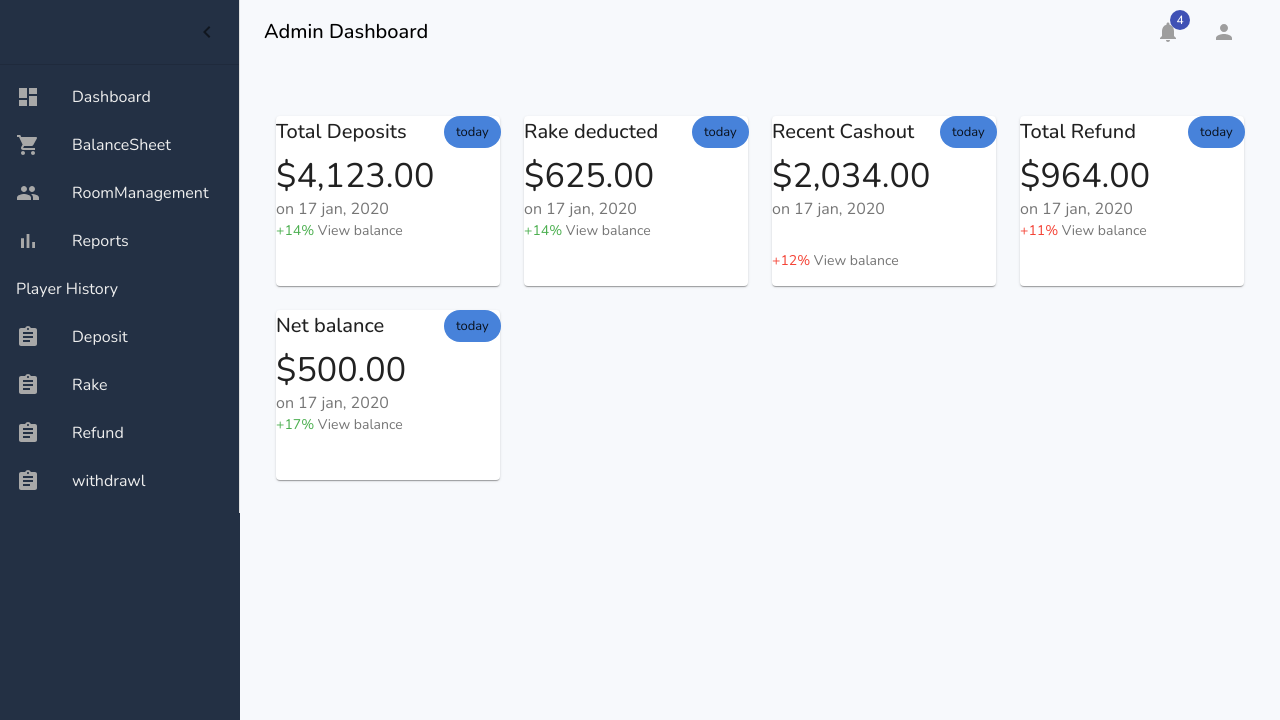
Repository: imayankbisht/ludofrontend
Page: /BalanceSheet
These files come from the project's save history. The page is drawn as it stood at one moment and after the next save; the edit follows.
The browser window is 1280 px wide. The pictures show the whole page.
The project was rebuilt for these pictures with package versions that can differ from the ones it lists, and the page was loaded fresh each time. Also part of the build but not shown: src/Components/UserControl.js, src/services/apiCall.js, src/Components/UserTable.js, src/Components/UserManagement.js, src/axios.js, src/Components/login.js, src/Components/UserForm.js, src/Components/EditForm.js.

Above is the page before, as saved 2021-01-20 14:21:48.

### src/App.js
import React from 'react';
import './App.css';
import {
  BrowserRouter as Router,
  Switch,
  Route,
 Redirect
} from "react-router-dom";
// import SignInOutContainer from './containers';
import Dashboard from './Components/Dashboard';
import Login from './Components/login';
// import RoomManagement from './Container/RoomManagement';
import UserManagement from './Components/UserManagement';
import UserForm from './Components/UserForm';
import EditForm from './Components/EditForm';
import BalanceSheet from './Components/balanceSheet';
import Routes from './routes';
import Main from './Container/Main';
 function App(props) {
  return (
    <div className="App">
  <Router >

   <Main/>
  </Router>


      </div>
  );
}


export default App;

### src/App.css
.App {
  /* text-align: center; */

}

.App-logo {
  height: 40vmin;
  pointer-events: none;
}

@media (prefers-reduced-motion: no-preference) {
  .App-logo {
    animation: App-logo-spin infinite 20s linear;
  }
}

.App-header {
  background-color: #282c34;
  min-height: 100vh;
  display: flex;
  flex-direction: column;
  align-items: center;
  justify-content: center;
  font-size: calc(10px + 2vmin);
  color: white;
}

.App-link {
  color: #61dafb;
}

@keyframes App-logo-spin {
  from {
    transform: rotate(0deg);
  }
  to {
    transform: rotate(360deg);
  }
}

### src/Components/balanceSheet.js
import React from 'react';
import Deposits from './Cards/Deposits';
import  Cashout from './Cards/Cashout';
import Netbalance from './Cards/Netbalance';
import Rake from './Cards/Rake';
import Refund from './Cards/Refund';
import { makeStyles } from '@material-ui/core/styles';
import Grid from '@material-ui/core/Grid';
import Paper from '@material-ui/core/Paper';
import Container from '@material-ui/core/Container';
import clsx from 'clsx';

const useStyles = makeStyles((theme) => ({
    container: {
        paddingTop: theme.spacing(4),
        paddingBottom: theme.spacing(4),
      },
      fixedHeight: {
        height: 170,
      },
    }));
export default function BalanceSheet(props){
    const classes = useStyles();
    const fixedHeightPaper = clsx(classes.paper, classes.fixedHeight);

    return(
        <div>
            <Container maxWidth="lg" className={classes.container}>
          <Grid container spacing={3}>

            <Grid item xs={12} md={4} lg={3}>
              <Paper className={fixedHeightPaper}>
                <Deposits />
              </Paper>
            </Grid>

            <Grid item xs={12} md={4} lg={3}>
              <Paper className={fixedHeightPaper}>
                <Rake />
              </Paper>
            </Grid>
            <Grid item xs={12} md={4} lg={3}>
              <Paper className={fixedHeightPaper}>
                <Cashout />
              </Paper>
            </Grid>

            <Grid item xs={12} md={4} lg={3}>
              <Paper className={fixedHeightPaper}>
                <Refund />
              </Paper>
            </Grid>
            <Grid item xs={12} md={4} lg={3}>
              <Paper className={fixedHeightPaper}>
                <Netbalance />
              </Paper>
            </Grid>


          </Grid>

        </Container>
        </div>
    )
}

### src/routes.js
import React from 'react';
import {
  BrowserRouter as Router,
  Switch,
  Route,
  Redirect
} from "react-router-dom";
// import SignInOutContainer from './containers';
import Dashboard from './Components/Dashboard';
import Login from './Components/login';
// import RoomManagement from './Container/RoomManagement';
import UserManagement from './Components/UserManagement';
import UserForm from './Components/UserForm';
import EditForm from './Components/EditForm';
import BalanceSheet from './Components/balanceSheet';
import Main from './Container/Main';
function Routes() {
  return (

    <Router >


      <Route>

        <Route path="/BalanceSheet" render={props => <BalanceSheet {...props} />} />

        <Route path="/roomManagement" render={props => <UserManagement {...props} />} />
        <Route path="/create" render={props => (
          <UserForm heading="Create Room" {...props} />
        )} />
        <Route exact path="/api/edit/:id" render={props => {
          return (
            <EditForm {...props} />
          )
        }} />


      </Route>


    </Router>

  );
}


export default Routes;

### src/Container/Main.js
import UserManagement from '../Components/UserManagement';
import {Switch ,Route,Redirect} from 'react-router-dom';
import UserForm from '../Components/UserForm';
import EditForm from '../Components/EditForm';
import React from 'react';
import Dashboard from '../Components/Dashboard';
import Sidebar from '../Components/Sidebar';
import Login from '../Components/login';
import Routes from '../routes';
export default function Main(props){
    return(
        <div>
            {/* <Switch>
                <Route exact path="/userman" render={props =><UserManagement {...props} />} />
                <Route exact path="/create" render={props =>(
                    <UserForm heading="Create Room" />
                )}/>
                <Route exact path="/api/edit/:id" render={props =>{
                    return(
                        <EditForm {...props}/>
                    )
                }}/>
            </Switch> */}
           {/* <Switch>

            <Route path="/login" component={Login} />
         <Route path="/Dashboard" component={Dashboard} />

            <Redirect from="/" to="/login" />
           </Switch> */}

          <Dashboard/>

        </div>
    )
}

### src/Components/Cards/Deposits.js
import React from 'react';
import Link from '@material-ui/core/Link';
import { makeStyles } from '@material-ui/core/styles';
import Typography from '@material-ui/core/Typography';
import Title from '../Title';
import { Grid } from '@material-ui/core';
import Chip from '@material-ui/core/Chip';

function preventDefault(event) {
  event.preventDefault();
}

const useStyles = makeStyles({
  depositContext: {
    flex: 1,
  },
});

export default function Deposits() {
  const classes = useStyles();
  return (
    <React.Fragment>
      <Grid container>
            <Grid item xs={12} md={4} lg={9}>
            <Title >Total Deposits  </Title>

            </Grid>
            <Grid item xs={12} md={4} lg={3}>
            <Chip label="today" style={{backgroundColor:'#4782da'}}/>
            </Grid>
        </Grid>
      <Typography component="p" variant="h4">
        $4,123.00
      </Typography>
      <Typography color="textSecondary" className={classes.depositContext}>
      on 17 jan, 2020
      </Typography>
      <div>
        <Link color="textSecondary" href="#" onClick={preventDefault}>
        <span style={{color:"#4caf50"}}> +14%</span>  View balance
        </Link>
      </div>
    </React.Fragment>
  );
}

### src/Components/Cards/Cashout.js
import React from 'react';
import Link from '@material-ui/core/Link';
import { makeStyles } from '@material-ui/core/styles';
import Typography from '@material-ui/core/Typography';
import Title from '../Title';
import Chip from '@material-ui/core/Chip';
import { Grid } from '@material-ui/core';

function preventDefault(event) {
  event.preventDefault();
}

const useStyles = makeStyles({
  depositContext: {
    flex: 1,
  },
});

export default function Cashout() {
  const classes = useStyles();
  return (
    <React.Fragment>
        <Grid container>
            <Grid item xs={12} md={4} lg={9}>
            <Title >Recent Cashout  <span></span></Title>

            </Grid>
            <Grid item xs={12} md={4} lg={3}>
            <Chip label="today" style={{backgroundColor:'#4782da'}} />
            </Grid>
        </Grid>


      <Typography component="p" variant="h4">
        $2,034.00
      </Typography>
      <Typography color="textSecondary" className={classes.depositContext}>
      on 17 jan, 2020
      </Typography>
      <div style={{marginTop:'30px'}}>
        <Link color="textSecondary" href="#" onClick={preventDefault}>
        <span style={{color:"#f44336"}}> +12%</span>  View balance
        </Link>
      </div>
    </React.Fragment>
  );
}

### src/Components/Cards/Netbalance.js
import React from 'react';
import Link from '@material-ui/core/Link';
import { makeStyles } from '@material-ui/core/styles';
import Typography from '@material-ui/core/Typography';
import Title from '../Title';
import { Grid } from '@material-ui/core';
import Chip from '@material-ui/core/Chip';

function preventDefault(event) {
  event.preventDefault();
}

const useStyles = makeStyles({
  depositContext: {
    flex: 1,
  },
});

export default function Netbalance() {
  const classes = useStyles();
  return (
    <React.Fragment>
      <Grid container>
            <Grid item xs={12} md={4} lg={9}>
            <Title >Net balance  <span></span></Title>

            </Grid>
            <Grid item xs={12} md={4} lg={3}>
            <Chip label="today" style={{backgroundColor:'#4782da'}} />
            </Grid>
        </Grid>
      <Typography component="p" variant="h4">
        $500.00
      </Typography>
      <Typography color="textSecondary" className={classes.depositContext}>
      on 17 jan, 2020
      </Typography>
      <div>
        <Link color="textSecondary" href="#" onClick={preventDefault}>
        <span style={{color:"#4caf50"}}> +17%</span>  View balance
        </Link>
      </div>
    </React.Fragment>
  );
}

### src/Components/Cards/Rake.js
import React from 'react';
import Link from '@material-ui/core/Link';
import { makeStyles } from '@material-ui/core/styles';
import Typography from '@material-ui/core/Typography';
import Title from '../Title';
import { Grid } from '@material-ui/core';
import Chip from '@material-ui/core/Chip';

function preventDefault(event) {
  event.preventDefault();
}

const useStyles = makeStyles({
  depositContext: {
    flex: 1,
  },
});

export default function Rake() {
  const classes = useStyles();
  return (
    <React.Fragment>
     <Grid container>
            <Grid item xs={12} md={4} lg={9}>
            <Title >Rake deducted <span></span></Title>

            </Grid>
            <Grid item xs={12} md={4} lg={3}>
            <Chip label="today" style={{backgroundColor:'#4782da'}}/>
            </Grid>
        </Grid>
      <Typography component="p" variant="h4">
        $625.00
      </Typography>
      <Typography color="textSecondary" className={classes.depositContext}>
      on 17 jan, 2020
      </Typography>
      <div>
        <Link color="textSecondary" href="#" onClick={preventDefault}>
        <span style={{color:"#4caf50"}}> +14%</span>  View balance
        </Link>
      </div>
    </React.Fragment>
  );
}

### src/Components/Cards/Refund.js
import React from 'react';
import Link from '@material-ui/core/Link';
import { makeStyles } from '@material-ui/core/styles';
import Typography from '@material-ui/core/Typography';
import Title from '../Title';
import { Grid } from '@material-ui/core';
import Chip from '@material-ui/core/Chip';

function preventDefault(event) {
  event.preventDefault();
}

const useStyles = makeStyles({
  depositContext: {
    flex: 1,
  },
});

export default function Refund() {
  const classes = useStyles();
  return (
    <React.Fragment>

     <Grid container>
            <Grid item xs={12} md={4} lg={9}>
            <Title >Total Refund  <span></span></Title>

            </Grid>
            <Grid item xs={12} md={4} lg={3}>
            <Chip label="today"  style={{backgroundColor:'#4782da'}} />
            </Grid>
        </Grid>
      <Typography component="p" variant="h4">
        $964.00
      </Typography>
      <Typography color="textSecondary" className={classes.depositContext}>
        on 17 jan, 2020
      </Typography>
      <div>
        <Link color="textSecondary" href="#" onClick={preventDefault}>
        <span style={{color:"#f44336"}}> +11%</span>  View balance
        </Link>
      </div>

    </React.Fragment>
  );
}

### src/Components/Sidebar.js
import React,{useState} from 'react';
import ListItem from '@material-ui/core/ListItem';
import {SidebarItems} from './SidebarItems';
import {Link} from 'react-router-dom';
import { ListItemText } from '@material-ui/core';
import ListItemIcon from '@material-ui/core/ListItemIcon';

export default function Sidebar(defaultActive) {
    const [activeIndex, setActiveIndex] = useState(defaultActive || 1);
    return (
        <>

                {

                    SidebarItems.map((item,index)=> {
                        const {name,icon,route}=item;

                        return (
                            <Link style={{ textDecoration: 'none'}} to={route}>
                            <ListItem style={{ color: '#eeeeee'}} key={name} active={index === activeIndex} >
                                {icon && <ListItemIcon style={{ color: '#a8a8a8'}}>{icon}</ListItemIcon>}
                               <ListItemText primary={name} />
                            </ListItem>
                            </Link>
                        );
                    })
                }

        </>
    );
}

### src/Components/Title.js
import React from 'react';
import PropTypes from 'prop-types';
import Typography from '@material-ui/core/Typography';
import "typeface-nunito";
import { ThemeProvider, createMuiTheme } from '@material-ui/core/styles';
const theme = createMuiTheme({
  typography: {
    fontFamily: [
      'nunito',
      'serif',
    ].join(','),
},});
export default function Title(props) {
  return (
   <ThemeProvider theme={theme}>
      <Typography component="h2" variant="h6" color="textsecondary" gutterBottom>
      {props.children}
    </Typography>
   </ThemeProvider>
  );
}

Title.propTypes = {
  children: PropTypes.node,
};

### src/Components/SidebarItems.js
import React from 'react';
import ListItem from '@material-ui/core/ListItem';
import ListItemIcon from '@material-ui/core/ListItemIcon';
import ListItemText from '@material-ui/core/ListItemText';
import ListSubheader from '@material-ui/core/ListSubheader';
import DashboardIcon from '@material-ui/icons/Dashboard';
import ShoppingCartIcon from '@material-ui/icons/ShoppingCart';
import PeopleIcon from '@material-ui/icons/People';
import BarChartIcon from '@material-ui/icons/BarChart';
import LayersIcon from '@material-ui/icons/Layers';
import AssignmentIcon from '@material-ui/icons/Assignment';
import Box from '@material-ui/core/Box';
import Divider from '@material-ui/core/Divider';
import "typeface-nunito";
import { ThemeProvider, createMuiTheme } from '@material-ui/core/styles';
import { Button } from '@material-ui/core';
import { Link } from 'react-router-dom';
const theme = createMuiTheme({

  typography: {
    fontFamily: [
      'Nunito',
      'serif',
    ].join(','),
  },
});
export const SidebarItems = [

  // <ThemeProvider theme={theme}>
  // <div>

  //  <ListItem button>
  //     <ListItemIcon>
  //       <DashboardIcon  style={{ color: '#a8a8a8'}}/>
  //     </ListItemIcon>
  //     <ListItemText style={{ color: '#eeeeee'}}  primary="Dashboard" />
  //   </ListItem>
  //   <ListItem button>
  //     <ListItemIcon>
  //       <ShoppingCartIcon style={{ color: '#a8a8a8'}}/>
  //     </ListItemIcon>
  //     <ListItemText style={{ color: '#eeeeee'}} primary="BalanceSheet" />
  //   </ListItem>
  //   <ListItem button>
  //     <ListItemIcon>
  //       <PeopleIcon style={{ color: '#a8a8a8'}} />
  //     </ListItemIcon>
  //     <Link style={{ textDecoration:'none'}}to="/UserManagement">

  //     <ListItemText style={{ color: '#eeeeee'}} primary="RoomManagement" />
  //     </Link>
  //   </ListItem>
  //   <ListItem button>
  //     <ListItemIcon>
  //       <BarChartIcon style={{ color: '#a8a8a8'}} />
  //     </ListItemIcon>
  //     <ListItemText style={{ color: '#eeeeee'}} primary="Reports" />
  //   </ListItem>
  //   <Divider />
  //   <ListSubheader style={{ color: '#eeeeee'}} inset>Player history</ListSubheader>
  //   <ListItem button>
  //     <ListItemIcon>
  //       <AssignmentIcon style={{ color: '#a8a8a8'}} />
  //     </ListItemIcon>
  //     <ListItemText style={{ color: '#eeeeee'}} primary="Deposit" />
  //   </ListItem>
  //   <ListItem button>
  //     <ListItemIcon>
  //       <AssignmentIcon style={{ color: '#a8a8a8'}} />
  //     </ListItemIcon>
  //     <ListItemText style={{ color: '#eeeeee'}} primary="Rake" />
  //   </ListItem>
  //   <ListItem button>
  //     <ListItemIcon>
  //       <AssignmentIcon style={{ color: '#a8a8a8'}} />
  //     </ListItemIcon>
  //     <ListItemText style={{ color: '#eeeeee'}} primary="Refund" />
  //   </ListItem>
  //   <ListItem button>
  //     <ListItemIcon>
  //       <AssignmentIcon style={{ color: '#a8a8a8'}} />
  //     </ListItemIcon>
  //     <ListItemText style={{ color: '#eeeeee'}} primary="Withdrawl" />
  //   </ListItem>


  // </div>
  // </ThemeProvider>
  {
    route:'/Dashboard',
    name: "Dashboard",
    icon:<DashboardIcon/>
  },
  {
    route:'/BalanceSheet',
    name: "BalanceSheet",
    icon:<ShoppingCartIcon/>
  },
  {
    route:'/roomManagement',
    name: "RoomManagement",
    icon:<PeopleIcon/>
  },
  {

    name: "Reports",
    icon:<BarChartIcon/>
  },
  {
    name: "Player History"
  },
  {
    name: "Deposit",
    icon:<AssignmentIcon/>
  },
  {
    name: "Rake",
    icon:<AssignmentIcon/>
  },
  {
    name: "Refund",
    icon:<AssignmentIcon/>
  },
  {
    name: "withdrawl",
    icon:<AssignmentIcon/>
  },

];

Loaded but not shown: public/index.html (common file); src/index.js (common file); src/index.css (common file); src/serviceWorker.js (common file); src/Components/Dashboard.js (286 lines, source omitted)

After the next save:
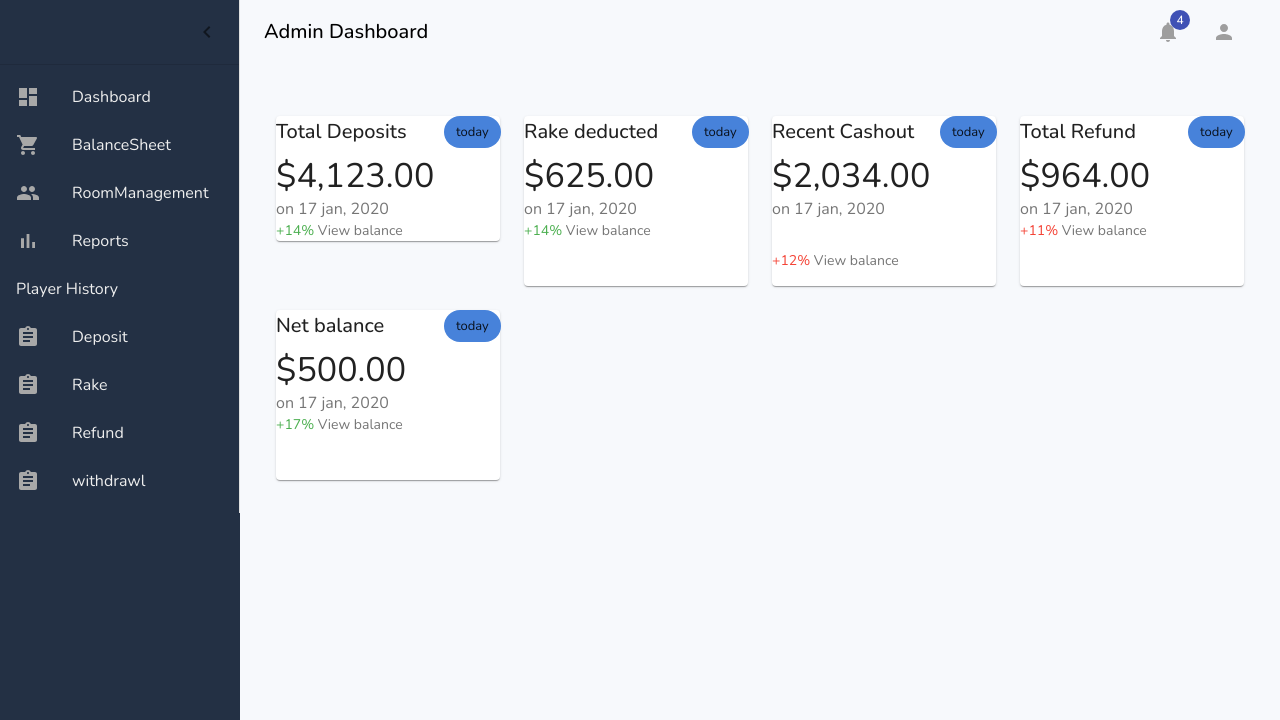
Saved 24 s later.
--- a/src/Components/balanceSheet.js
+++ b/src/Components/balanceSheet.js
@@ -29,7 +29,7 @@
           <Grid container spacing={3}>
 
             <Grid item xs={12} md={4} lg={3}>
-              <Paper className={fixedHeightPaper}>
+              <Paper >
                 <Deposits />
               </Paper>
             </Grid>

After the save that followed:
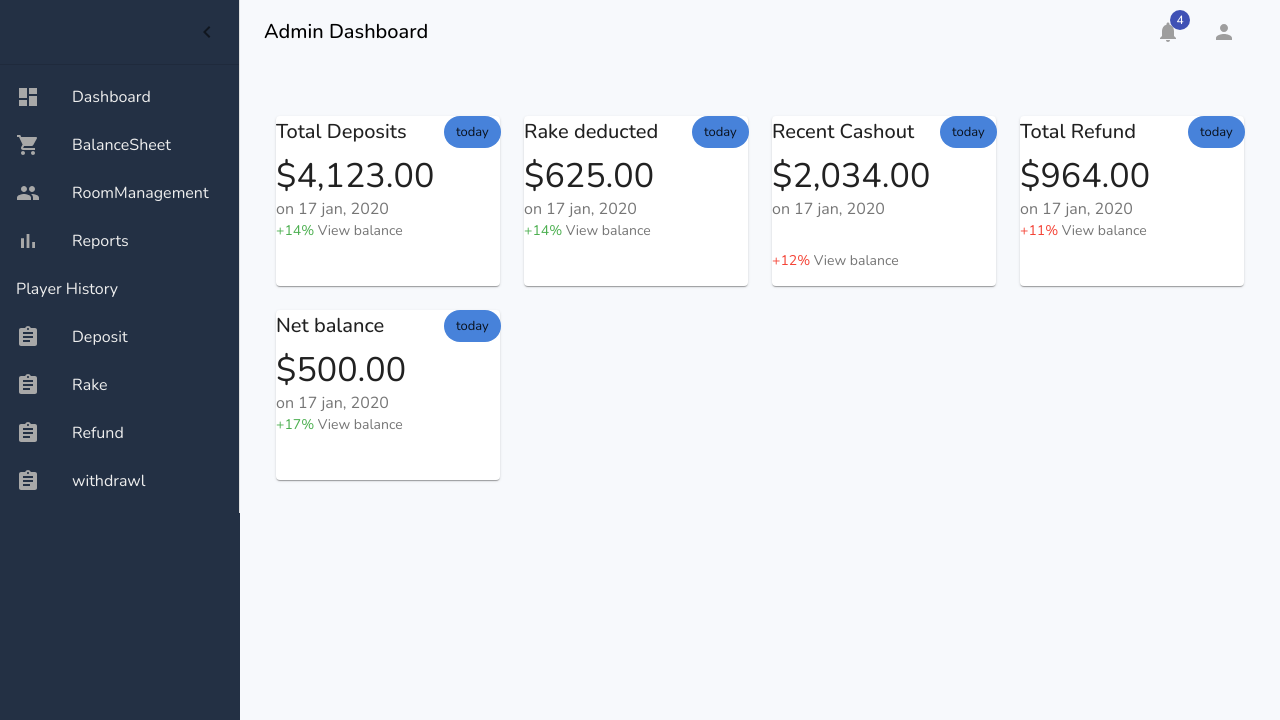
Saved 8 s later.
--- a/src/Components/balanceSheet.js
+++ b/src/Components/balanceSheet.js
@@ -29,7 +29,7 @@
           <Grid container spacing={3}>
 
             <Grid item xs={12} md={4} lg={3}>
-              <Paper >
+              <Paper className={fixedHeightPaper}>
                 <Deposits />
               </Paper>
             </Grid>
